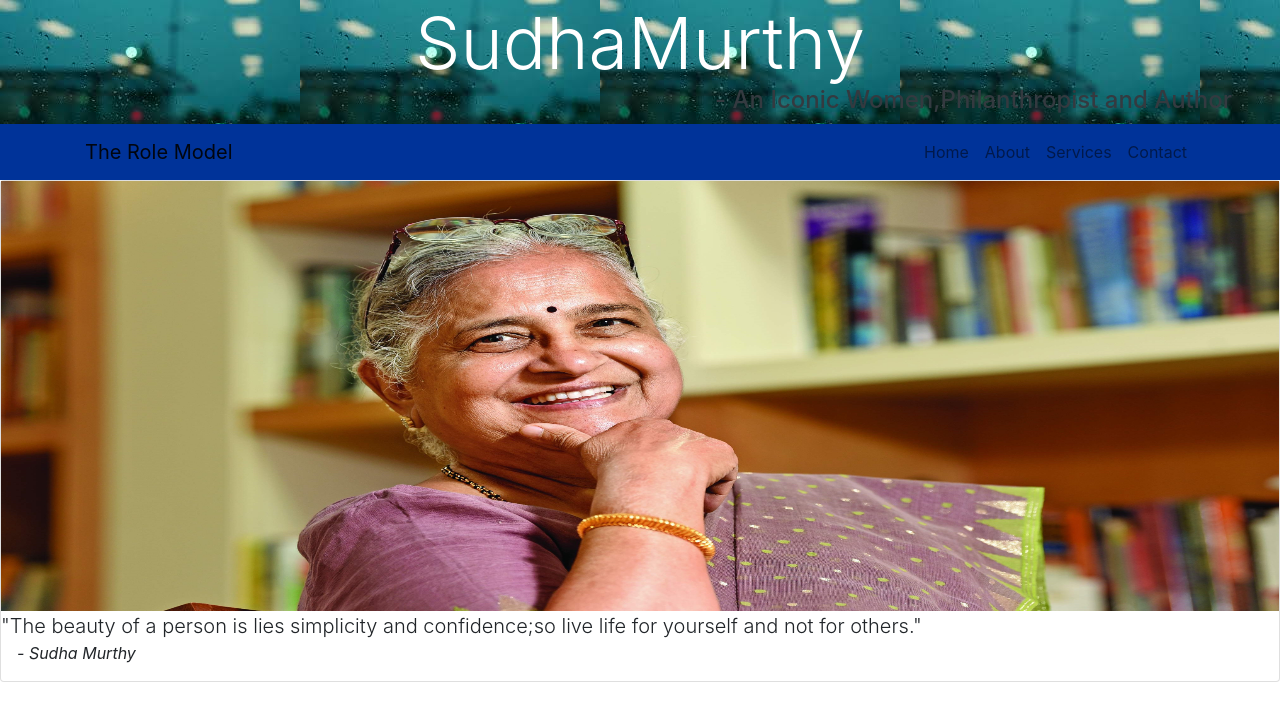
Repository: sumanthr18/RoleModel
Page: index.html
An editor plug-in stored every save of this project. The page is shown before and after the next save, followed by the edit.
The browser window is 1280 px wide. The pictures show the whole page.

Above is the page before, as saved 2020-03-14 17:40:37.

### index.html
<!DOCTYPE html>
<html lang="en">
<head>
    <meta charset="UTF-8">
    <meta name="viewport" content="width=device-width, initial-scale=1.0">
    <title>SudhaMurthy</title>
    <link rel="stylesheet" href="https://stackpath.bootstrapcdn.com/bootstrap/4.4.1/css/bootstrap.min.css" integrity="sha384-Vkoo8x4CGsO3+Hhxv8T/Q5PaXtkKtu6ug5TOeNV6gBiFeWPGFN9MuhOf23Q9Ifjh" crossorigin="anonymous">
</head>
<body>
    <header style="background-image: url(images.jpg);padding-bottom: 0.1%;">
        <h1 class="display-3 text-center my-0 text-white ">SudhaMurthy</h1>
        <h4 class="text-right mr-5 text-dark">- An Iconic Women,Philanthropist and Author</h4>
    </header>
    <nav style="background-color: #003399;" class="navbar navbar-expand-sm navbar-light mb-0">
        <div class="container">
            <a class="navbar-brand " href="#">The Role Model</a>
            <button class="navbar-toggler" data-toggle="collapse" data-target="#navbarNav">
                <span class="navbar-toggler-icon"></span>
            </button>
            <div class="collapse navbar-collapse" id="navbarNav">
                <ul class="navbar-nav ml-auto">
                    <li class="nav-item">
                        <a class="nav-link" href="#">Home</a>
                    </li>
                    <li class="nav-item">
                        <a class="nav-link" href="#">About</a>
                    </li>
                    <li class="nav-item">
                        <a class="nav-link" href="#">Services</a>
                    </li>
                    <li class="nav-item">
                        <a class="nav-link" href="#">Contact</a>
                    </li>
                </ul>
            </div>
        </div>
    </nav>
    <div class="card">
        <img class="" style="width:100%;height:430px" src="Sudha_Murty_1-update.jpg">
        <blockquote>
            <p class="mb-0 lead">"The beauty of a person is lies simplicity and confidence;so live life for yourself and not for others."</p>
            <footer class="ml-3"><cite>- Sudha Murthy</cite></footer>
        </blockquote>
    </div>
</body>
</html>

After the next save:
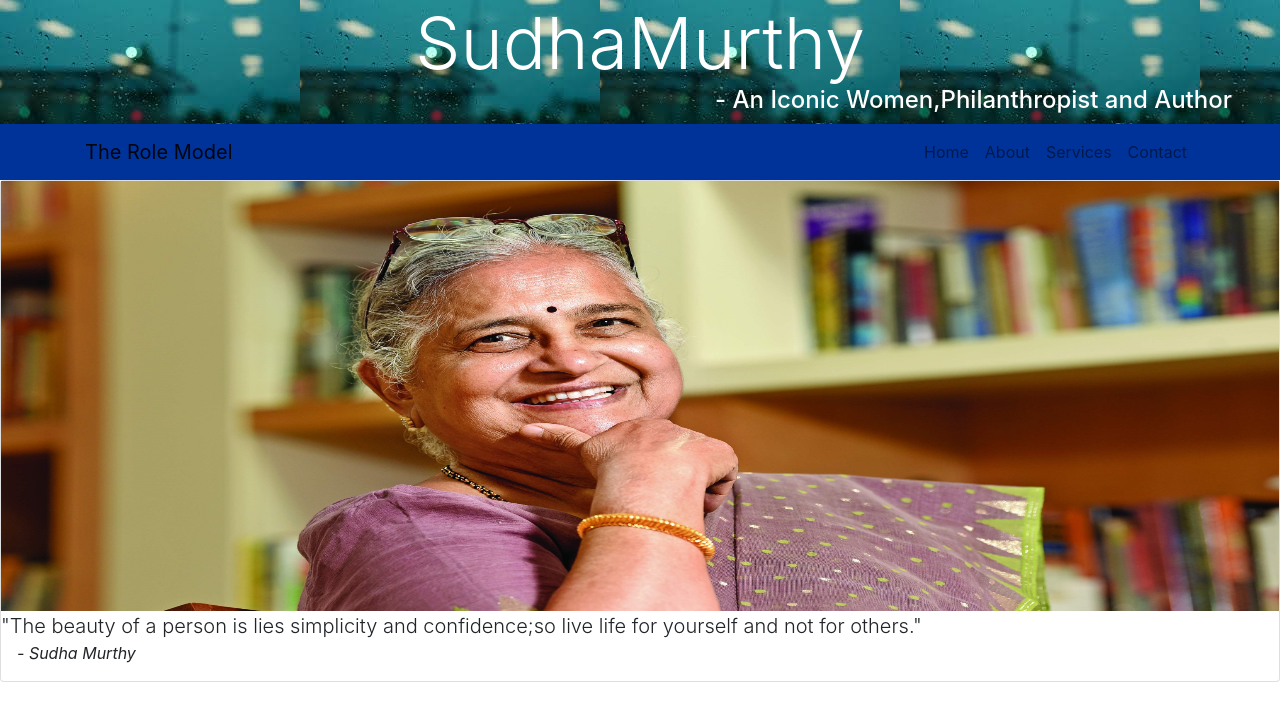
Saved 41 s later.
--- a/index.html
+++ b/index.html
@@ -9,7 +9,7 @@
 <body>
     <header style="background-image: url(images.jpg);padding-bottom: 0.1%;">
         <h1 class="display-3 text-center my-0 text-white ">SudhaMurthy</h1>
-        <h4 class="text-right mr-5 text-dark">- An Iconic Women,Philanthropist and Author</h4>
+        <h4 class="text-right mr-5 text-white">- An Iconic Women,Philanthropist and Author</h4>
     </header>
     <nav style="background-color: #003399;" class="navbar navbar-expand-sm navbar-light mb-0">
         <div class="container">
